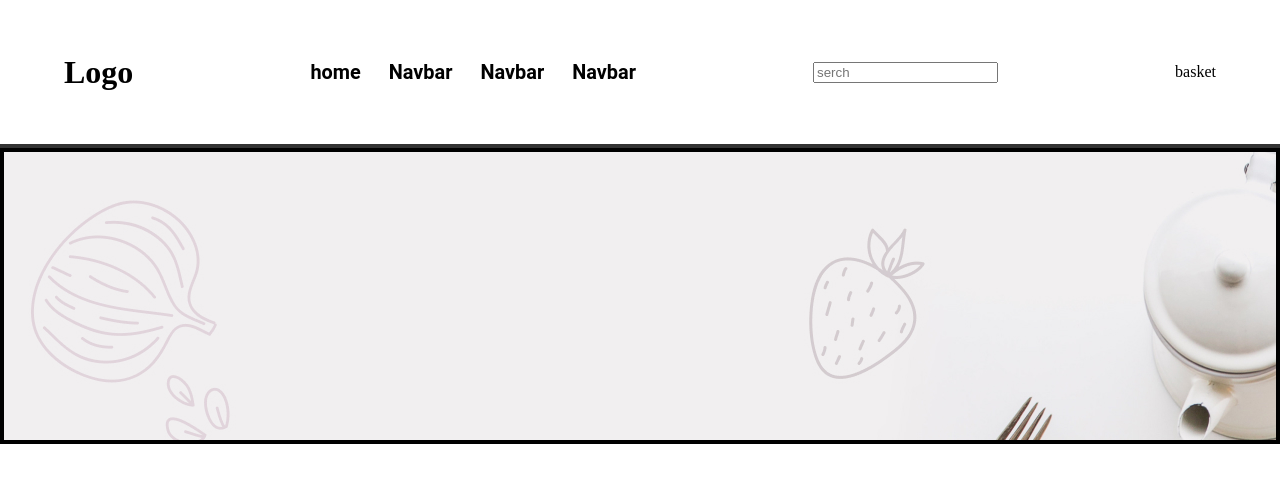
Repository: Islam432/Islam-and-Arsi---team
Page: /
The author's editor kept a copy of each file at every save. The page is drawn from the files as they stood at one save, then again after a run of saves.
The browser window is 1280 px wide. The page is 1280 px wide, then 1282 px, so the pictures cover 1282 px, including what lies to the right of the window. The pictures show the whole page.
The project was rebuilt for these pictures with package versions that can differ from the ones it lists, and the page was loaded fresh each time. Also part of the build but not shown: vite.config.js, src/App.css, src/components/Comp/Comp.jsx.

Above is the page before, as saved 2023-03-11 23:04:17.

After the next 2 saves:
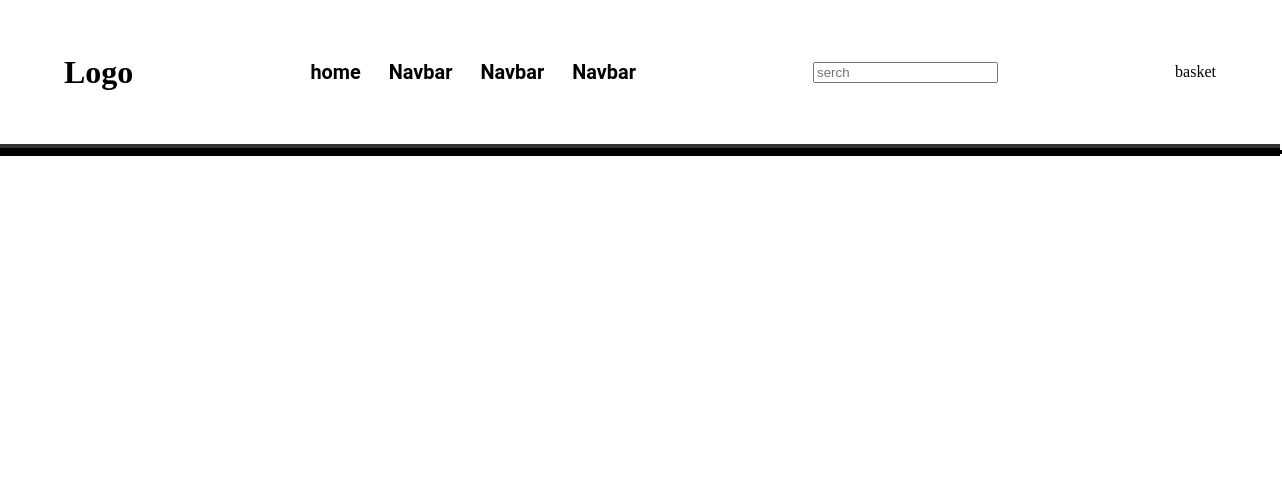
The 2 saves are shown as one change because they came seconds apart.
The last was saved 38 s later.
--- a/src/components/Home/Home.module.css
+++ b/src/components/Home/Home.module.css
@@ -6,7 +6,7 @@
 }
 .blok1{
     background:url('./Banner.jpg') ;
-   height: 40vh;
+  width: 100%;
  object-fit: cover;
     border: 2px solid black;
 }
